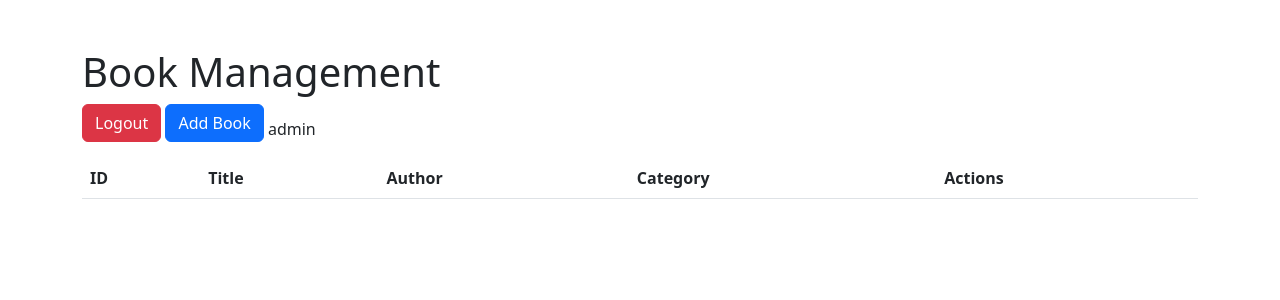
Repository: Abdulahi338/Book-management-system
Page: http://localhost/book/
These files come from the project's save history. The page is drawn as it stood at one moment and after the next save; the edit follows.
The browser window is 1280 px wide. The pictures show the whole page.
The page is run by PHP 8.4 with error messages shown; the project is at /var/www/html/. The session is filled in as if someone had signed in: {"user_id": 1, "email": "test@example.com", "role": "admin"}. Other server files are loaded and not shown. Queries for data that is not in the repository find no rows.

Above is the page before, as saved 2024-08-22 17:44:05.

### index.php
<?php
session_start();

// Check if user is logged in
if (!isset($_SESSION['user_id'])) {
    header("Location: login.php");
    exit();
}

// Include database connection
include "conn.php";
?>
<!DOCTYPE html>
<html lang="en">
<head>
    <meta charset="UTF-8">
    <meta name="viewport" content="width=device-width, initial-scale=1.0">
    <title>Book Management System</title>
    <link href="https://cdn.jsdelivr.net/npm/bootstrap@5.3.0/dist/css/bootstrap.min.css" rel="stylesheet">
    <script src="https://code.jquery.com/jquery-3.6.0.min.js"></script>
    <script src="https://cdn.jsdelivr.net/npm/bootstrap@5.3.0/dist/js/bootstrap.bundle.min.js"></script>
    <script src="scripts.js"></script>
</head>
<body>
    <div class="container mt-5">
        <h1>Book Management</h1>
        <!-- Logout Button -->
        <a href="logout.php" class="btn btn-danger mb-3">Logout</a>
        <button class="btn btn-primary mb-3" data-bs-toggle="modal" data-bs-target="#addBookModal">Add Book</button>
        <?php echo $_SESSION['role'];?>

        <table class="table table-striped">
            <thead>
                <tr>
                    <th>ID</th>
                    <th>Title</th>
                    <th>Author</th>
                    <th>Category</th>
                    <th>Actions</th>
                </tr>
            </thead>
            <tbody id="book-list">
                <!-- Books will be loaded here -->
            </tbody>
        </table>
    </div>

    <!-- Add Book Modal -->
    <div class="modal fade" id="addBookModal" tabindex="-1" aria-labelledby="addBookModalLabel" aria-hidden="true">
        <div class="modal-dialog">
            <div class="modal-content">
                <div class="modal-header">
                    <h5 class="modal-title" id="addBookModalLabel">Add Book</h5>
                    <button type="button" class="btn-close" data-bs-dismiss="modal" aria-label="Close"></button>
                </div>
                <div class="modal-body">
                    <form id="add-book-form">
                        <div class="mb-3">
                            <label for="add-title" class="form-label">Title</label>
                            <input type="text" class="form-control" id="add-title" required>
                        </div>
                        <div class="mb-3">
                            <label for="add-author" class="form-label">Author</label>
                            <select class="form-select" id="add-author" required>
                                <!-- Options will be loaded here -->
                            </select>
                        </div>
                        <div class="mb-3">
                            <label for="add-category" class="form-label">Category</label>
                            <select class="form-select" id="add-category" required>
                                <!-- Options will be loaded here -->
                            </select>
                        </div>
                        <button type="submit" class="btn btn-primary">Add Book</button>
                    </form>
                </div>
            </div>
        </div>
    </div>

    <!-- Edit Book Modal -->
    <div class="modal fade" id="editBookModal" tabindex="-1" aria-labelledby="editBookModalLabel" aria-hidden="true">
        <div class="modal-dialog">
            <div class="modal-content">
                <div class="modal-header">
                    <h5 class="modal-title" id="editBookModalLabel">Edit Book</h5>
                    <button type="button" class="btn-close" data-bs-dismiss="modal" aria-label="Close"></button>
                </div>
                <div class="modal-body">
                    <form id="edit-book-form">
                        <input type="hidden" id="edit-book-id">
                        <div class="mb-3">
                            <label for="edit-title" class="form-label">Title</label>
                            <input type="text" class="form-control" id="edit-title" required>
                        </div>
                        <div class="mb-3">
                            <label for="edit-author" class="form-label">Author</label>
                            <select class="form-select" id="edit-author" required>
                                <!-- Options will be loaded here -->
                            </select>
                        </div>
                        <div class="mb-3">
                            <label for="edit-category" class="form-label">Category</label>
                            <select class="form-select" id="edit-category" required>
                                <!-- Options will be loaded here -->
                            </select>
                        </div>
                        <button type="submit" class="btn btn-primary">Update Book</button>
                    </form>
                </div>
            </div>
        </div>
    </div>

    <script>
        $(document).ready(function() {
            // Load books
            function loadBooks() {
                $.get('api.php', { action: 'list_books' }, function(data) {
                    if (data.status === 'success') {
                        let booksHtml = '';
                        data.books.forEach(book => {
                            booksHtml += `<tr>
                                <td>${book.id}</td>
                                <td>${book.title}</td>
                                <td>${book.author}</td>
                                <td>${book.category}</td>
                                <td>
                                    <button class="btn btn-warning btn-sm edit-book" data-id="${book.id}">Edit</button>
                                    <button class="btn btn-danger btn-sm delete-book" data-id="${book.id}">Delete</button>
                                </td>
                            </tr>`;
                        });
                        $('#book-list').html(booksHtml);
                    }
                });
            }

            // Load authors and categories
            function loadSelectOptions() {
                $.get('api.php', { action: 'list_authors' }, function(data) {
                    if (data.status === 'success') {
                        let options = '<option value="">Select Author</option>';
                        data.authors.forEach(author => {
                            options += `<option value="${author.id}">${author.name}</option>`;
                        });
                        $('#add-author, #edit-author').html(options);
                    }
                });

                $.get('api.php', { action: 'list_categories' }, function(data) {
                    if (data.status === 'success') {
                        let options = '<option value="">Select Category</option>';
                        data.categories.forEach(category => {
                            options += `<option value="${category.id}">${category.name}</option>`;
                        });
                        $('#add-category, #edit-category').html(options);
                    }
                });
            }

            // Initialize
            loadBooks();
            loadSelectOptions();

            // Add book
            $('#add-book-form').on('submit', function(e) {
                e.preventDefault();
                $.post('api.php', {
                    action: 'add_book',
                    title: $('#add-title').val(),
                    author_id: $('#add-author').val(),
                    category_id: $('#add-category').val()
                }, function(data) {
                    if (data.status === 'success') {
                        $('#addBookModal').modal('hide');
                        loadBooks();
                    } else {
                        alert(data.message);
                    }
                });
            });

            // Edit book
            $(document).on('click', '.edit-book', function() {
                const id = $(this).data('id');
                $.get('api.php', { action: 'list_books' }, function(data) {
                    if (data.status === 'success') {
                        const book = data.books.find(b => b.id == id);
                        if (book) {
                            $('#edit-book-id').val(book.id);
                            $('#edit-title').val(book.title);
                            $('#edit-author').val(book.author_id);
                            $('#edit-category').val(book.category_id);
                            $('#editBookModal').modal('show');
                        }
                    }
                });
            });

            $('#edit-book-form').on('submit', function(e) {
                e.preventDefault();
                $.post('api.php', {
                    action: 'update_book',
                    id: $('#edit-book-id').val(),
                    title: $('#edit-title').val(),
                    author_id: $('#edit-author').val(),
                    category_id: $('#edit-category').val()
                }, function(data) {
                    if (data.status === 'success') {
                        $('#editBookModal').modal('hide');
                        loadBooks();
                    } else {
                        alert(data.message);
                    }
                });
            });

            // Delete book
            $(document).on('click', '.delete-book', function() {
                const id = $(this).data('id');
                if (confirm('Are you sure you want to delete this book?')) {
                    $.post('api.php', {
                        action: 'delete_book',
                        id: id
                    }, function(data) {
                        if (data.status === 'success') {
                            loadBooks();
                        } else {
                            alert(data.message);
                        }
                    });
                }
            });
        });
    </script>
</body>
</html>

### conn.php
<?php

$conn = new mysqli("localhost", "root", "", "libray1");

// Check connection
if ($conn->connect_error) {
    die("Connection failed: " . $conn->connect_error);
}

?>

### scripts.js
$(document).ready(function() {
    // Load books
    function loadBooks() {
        $.get('api.php?action=list_books', function(data) {
            if (data.status === 'success') {
                let rows = '';
                $.each(data.books, function(index, book) {
                    rows += `<tr>
                                <td>${book.id}</td>
                                <td>${book.title}</td>
                                <td>${book.author}</td>
                                <td>${book.category}</td>
                                <td>
                                    <button class="btn btn-warning btn-sm me-2 edit-book" data-id="${book.id}">Edit</button>
                                    <button class="btn btn-danger btn-sm delete-book" data-id="${book.id}">Delete</button>
                                </td>
                             </tr>`;
                });
                $('#book-list').html(rows);
            } else {
                alert(data.message);
            }
        });
    }

    loadBooks();

    // Add book
    $('#add-book-form').submit(function(e) {
        e.preventDefault();
        $.post('api.php?action=add_book', {
            title: $('#add-title').val(),
            author: $('#add-author').val(),
            category: $('#add-category').val()
        }, function(data) {
            if (data.status === 'success') {
                $('#addBookModal').modal('hide');
                loadBooks();
            } else {
                alert(data.message);
            }
        });
    });

    // Edit book
    $('#book-list').on('click', '.edit-book', function() {
        let id = $(this).data('id');
        $.get('api.php?action=list_books', function(data) {
            if (data.status === 'success') {
                let book = data.books.find(b => b.id == id);
                if (book) {
                    $('#edit-book-id').val(book.id);
                    $('#edit-title').val(book.title);
                    $('#edit-author').val(book.author);
                    $('#edit-category').val(book.category);
                    $('#editBookModal').modal('show');
                }
            }
        });
    });

    $('#edit-book-form').submit(function(e) {
        e.preventDefault();
        $.post('api.php?action=update_book', {
            id: $('#edit-book-id').val(),
            title: $('#edit-title').val(),
            author: $('#edit-author').val(),
            category: $('#edit-category').val()
        }, function(data) {
            if (data.status === 'success') {
                $('#editBookModal').modal('hide');
                loadBooks();
            } else {
                alert(data.message);
            }
        });
    });

    // Delete book
    $('#book-list').on('click', '.delete-book', function() {
        if (confirm('Are you sure you want to delete this book?')) {
            let id = $(this).data('id');
            $.post('api.php?action=delete_book', { id: id }, function(data) {
                if (data.status === 'success') {
                    loadBooks();
                } else {
                    alert(data.message);
                }
            });
        }
    });
});

### api.php
<?php
session_start();
include 'conn.php';

// Check if user is logged in
if (!isset($_SESSION['user_id'])) {
    header("Location: login.php");
    exit();
}
$role = $_SESSION['role'];
// Function to check if the user is an admin
function isUserAdmin() {
    return isset($_SESSION['role']) && $_SESSION['role'] === 'admin';
}

header('Content-Type: application/json');

$action = $_POST['action'] ?? $_GET['action'] ?? '';

switch ($action) {
    case 'list_books':
        $books = [];
        $query = "SELECT books.id, books.title, authors.name AS author, categories.name AS category
                  FROM books
                  JOIN authors ON books.author_id = authors.id
                  JOIN categories ON books.category_id = categories.id";
        $result = $conn->query($query);
        if ($result) {
            while ($row = $result->fetch_assoc()) {
                $books[] = $row;
            }
            echo json_encode(['status' => 'success', 'books' => $books]);
        } else {
            echo json_encode(['status' => 'error', 'message' => 'Error fetching books']);
        }
        break;

    case 'list_authors':
        $authors = [];
        $query = "SELECT id, name FROM authors";
        $result = $conn->query($query);
        if ($result) {
            while ($row = $result->fetch_assoc()) {
                $authors[] = $row;
            }
            echo json_encode(['status' => 'success', 'authors' => $authors]);
        } else {
            echo json_encode(['status' => 'error', 'message' => 'Error fetching authors']);
        }
        break;

    case 'list_categories':
        $categories = [];
        $query = "SELECT id, name FROM categories";
        $result = $conn->query($query);
        if ($result) {
            while ($row = $result->fetch_assoc()) {
                $categories[] = $row;
            }
            echo json_encode(['status' => 'success', 'categories' => $categories]);
        } else {
            echo json_encode(['status' => 'error', 'message' => 'Error fetching categories']);
        }
        break;

    case 'add_book':
        if (!isUserAdmin()) {
            echo json_encode(['status' => 'error', 'message' => 'Access denied']);
            exit();
        }
        $title = $_POST['title'] ?? '';
        $author_id = $_POST['author_id'] ?? '';
        $category_id = $_POST['category_id'] ?? '';

        if ($title && $author_id && $category_id) {
            $query = $conn->prepare("INSERT INTO books (title, author_id, category_id) VALUES (?, ?, ?)");
            $query->bind_param('sii', $title, $author_id, $category_id);
            if ($query->execute()) {
                echo json_encode(['status' => 'success', 'message' => 'Book added successfully']);
            } else {
                echo json_encode(['status' => 'error', 'message' => 'Error adding book']);
            }
        } else {
            echo json_encode(['status' => 'error', 'message' => 'All fields are required']);
        }
        break;

    case 'update_book':
        if (!isUserAdmin()) {
            echo json_encode(['status' => 'error', 'message' => 'Access denied']);
            exit();
        }
        $id = $_POST['id'] ?? '';
        $title = $_POST['title'] ?? '';
        $author_id = $_POST['author_id'] ?? '';
        $category_id = $_POST['category_id'] ?? '';

        if ($id && $title && $author_id && $category_id) {
            $query = $conn->prepare("UPDATE books SET title = ?, author_id = ?, category_id = ? WHERE id = ?");
            $query->bind_param('siii', $title, $author_id, $category_id, $id);
            if ($query->execute()) {
                echo json_encode(['status' => 'success', 'message' => 'Book updated successfully']);
            } else {
                echo json_encode(['status' => 'error', 'message' => 'Error updating book']);
            }
        } else {
            echo json_encode(['status' => 'error', 'message' => 'All fields are required']);
        }
        break;

    case 'delete_book':
        if (!isUserAdmin()) {
            echo json_encode(['status' => 'error', 'message' => 'Access denied']);
            exit();
        }
        $id = $_POST['id'] ?? '';
        if ($id) {
            $query = $conn->prepare("DELETE FROM books WHERE id = ?");
            $query->bind_param('i', $id);
            if ($query->execute()) {
                echo json_encode(['status' => 'success', 'message' => 'Book deleted successfully']);
            } else {
                echo json_encode(['status' => 'error', 'message' => 'Error deleting book']);
            }
        } else {
            echo json_encode(['status' => 'error', 'message' => 'ID is required']);
        }
        break;

    default:
        echo json_encode(['status' => 'error', 'message' => 'Invalid action']);
        break;
}

$conn->close();
?>

After the next save:
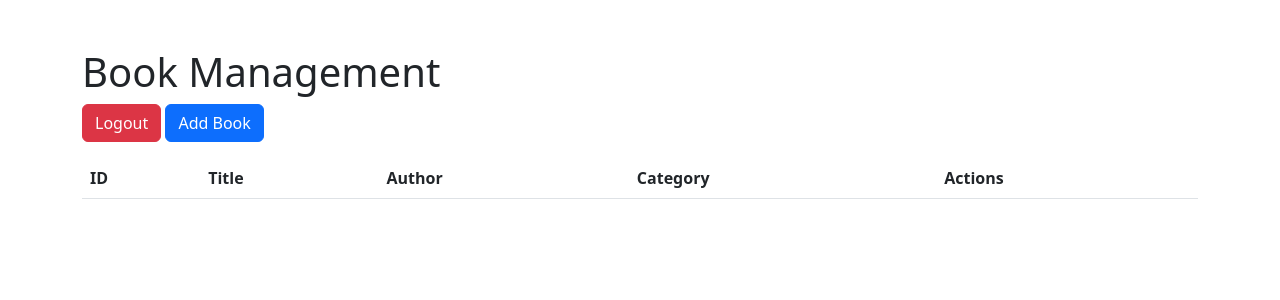
Saved 49 min 28 s later.
--- a/index.php
+++ b/index.php
@@ -27,7 +27,6 @@ include "conn.php";
         <!-- Logout Button -->
         <a href="logout.php" class="btn btn-danger mb-3">Logout</a>
         <button class="btn btn-primary mb-3" data-bs-toggle="modal" data-bs-target="#addBookModal">Add Book</button>
-        <?php echo $_SESSION['role'];?>
 
         <table class="table table-striped">
             <thead>
